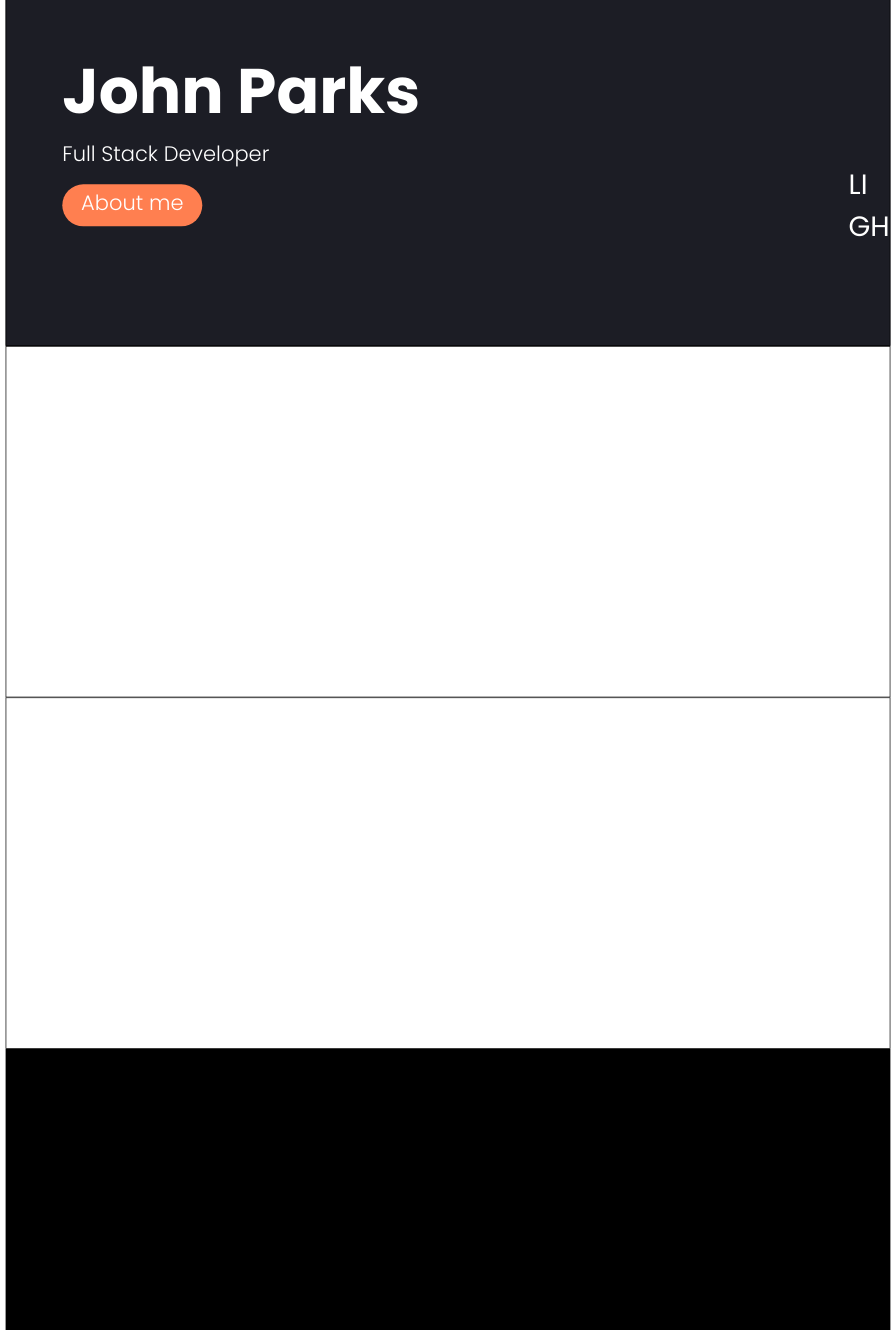
Repository: Jcparks84/Portfolio
Page: index.html
These files come from the project's save history. The page is drawn as it stood at one moment and after a run of saves; the edit follows.
The browser window is 1280 px wide. The pictures show the part of the page from y = 235 to 2135 px (the page is 2242 px tall), at 70% of full size.
A picture or video elsewhere on the page could not be fetched, so the positions and the page height are approximate.

Above is the page before, as saved 2022-08-10 15:04:59.

### index.html
<!DOCTYPE html>
<html>
    <head>
        <link rel="stylesheet" href="src/styles.css"/>
        <link rel="preconnect" href="https://fonts.googleapis.com">
        <link rel="preconnect" href="https://fonts.gstatic.com" crossorigin>
        <link href="https://fonts.googleapis.com/css2?family=Poppins:wght@300;400;600;700;800&display=swap" rel="stylesheet">
        <title>Portfolio</title>
        <meta charset="UTF-8" />
    </head>
    <body>
        <section class="hero">
            <nav>
                <img class="logo" src="src/images/coding-png-11.png" alt="John's Logo"/>
                <ul>
                    <li>About Me</li>
                    <li>Projects</li>
                    <li>Contact Me</li>
                </ul>
            </nav>
            <div class="hero-area">
                <div class="hero-text">
                <h1>John Parks</h1>
                <p>Full Stack Developer</p>
                <div class="button">About me</div>
            </div>
            <div class="socials">
                <div>LI</div>
                <div>GH</div>
            </div>
        </div>
        </section>
        <section></section>
        <section></section>
        <footer></footer>

        <script src="src/app.js"></script>
    </body>
</html>

### src/styles.css
body {
    font-family: 'Poppins', sans-serif;

}

section {
    height: 500px;
    background-color: white;
    border: solid black 1px;
}

.hero {
    background-color: #1c1d25;
    height: 100vh;
    color: white;
    font-size: 40px;
}

footer {
    height: 500px;
    background-color: black;
}

nav {
    display: flex;
    justify-content: space-between;
}

ul {
    display: flex;
    list-style-type: none;
    width: 500px;
    justify-content: space-around;
    font-size: 30px;
}

li {
    text-decoration: none;
}

h1 {
    font-size: 90px;
    margin: 0;
}

p {
    margin: 0;
    font-size: 30px;
    font-weight: 300;
}

.hero-area {
    display: flex;
    height: 100%;
    justify-content: space-between;
    align-items: center;
}

.hero-text {
    margin-left: 80px;
    margin-bottom: 200px;
}

.button {
    width: 200px;
    height: 55px;
    border-radius: 30px;
    background-color: coral;
    text-align: center;
    font-size: 30px;
    font-weight: 300;
    padding-top: 5px;
    margin-top: 20px;
}

.button:hover {
    background-color: #ef744b;
}

.button:active {
    background-color: #A9A9A9;
    color: #808080;
}

.social-class {
    padding-bottom: 200px;
}

.logo {
    height: 100px;
    margin: 30px;
}

Loaded but not shown: src/app.js (no stored copy; drawn as an empty file)

After the next 2 saves:
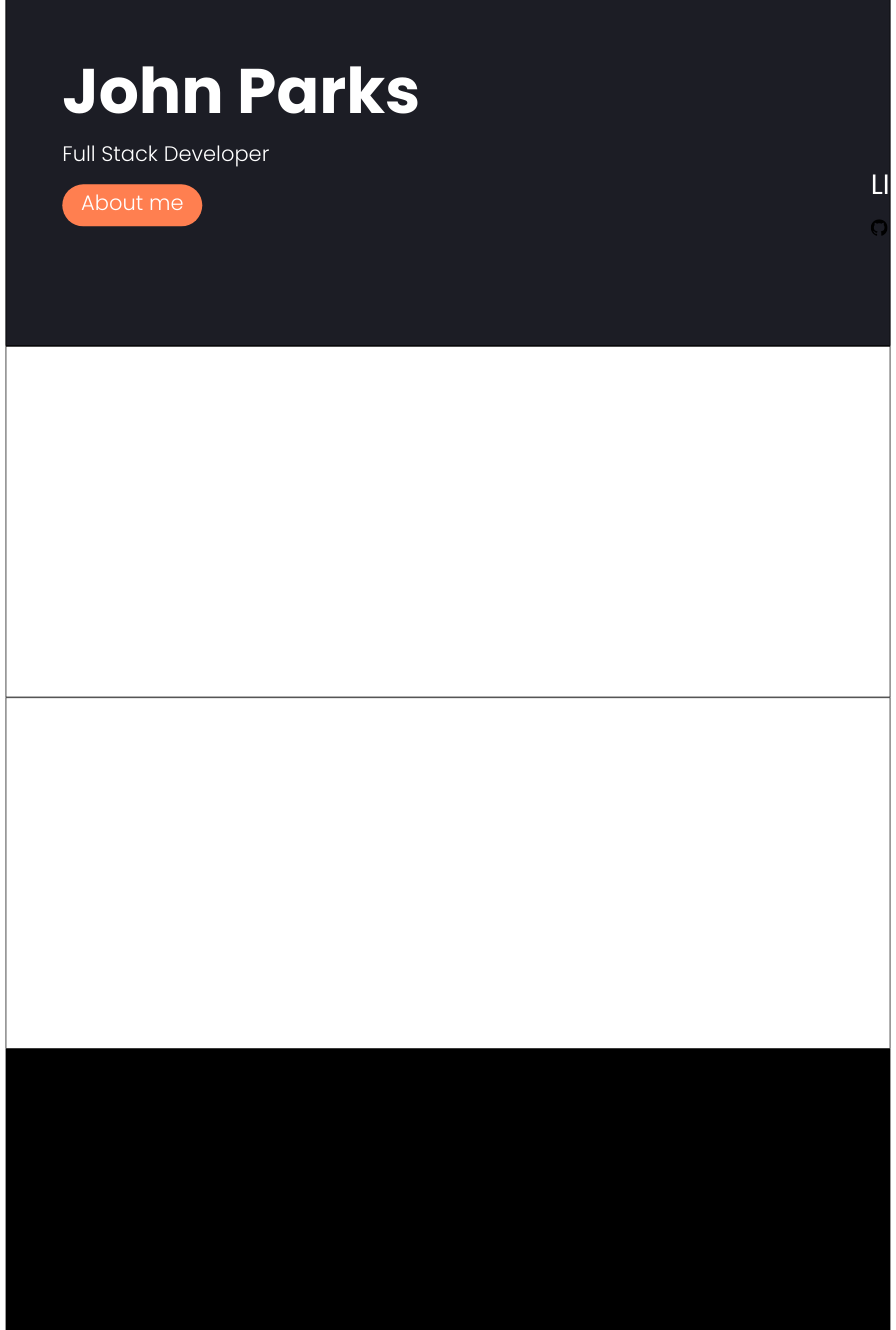
The 2 saves are shown as one change because they came seconds apart.
The last was saved 2 min 38 s later.
--- a/index.html
+++ b/index.html
@@ -26,7 +26,9 @@
             </div>
             <div class="socials">
                 <div>LI</div>
-                <div>GH</div>
+                <div>
+                    <svg xmlns="http://www.w3.org/2000/svg" width="24" height="24" viewBox="0 0 24 24"><path d="M12 0c-6.626 0-12 5.373-12 12 0 5.302 3.438 9.8 8.207 11.387.599.111.793-.261.793-.577v-2.234c-3.338.726-4.033-1.416-4.033-1.416-.546-1.387-1.333-1.756-1.333-1.756-1.089-.745.083-.729.083-.729 1.205.084 1.839 1.237 1.839 1.237 1.07 1.834 2.807 1.304 3.492.997.107-.775.418-1.305.762-1.604-2.665-.305-5.467-1.334-5.467-5.931 0-1.311.469-2.381 1.236-3.221-.124-.303-.535-1.524.117-3.176 0 0 1.008-.322 3.301 1.23.957-.266 1.983-.399 3.003-.404 1.02.005 2.047.138 3.006.404 2.291-1.552 3.297-1.23 3.297-1.23.653 1.653.242 2.874.118 3.176.77.84 1.235 1.911 1.235 3.221 0 4.609-2.807 5.624-5.479 5.921.43.372.823 1.102.823 2.222v3.293c0 .319.192.694.801.576 4.765-1.589 8.199-6.086 8.199-11.386 0-6.627-5.373-12-12-12z"/></svg>
+                </div>
             </div>
         </div>
         </section>
